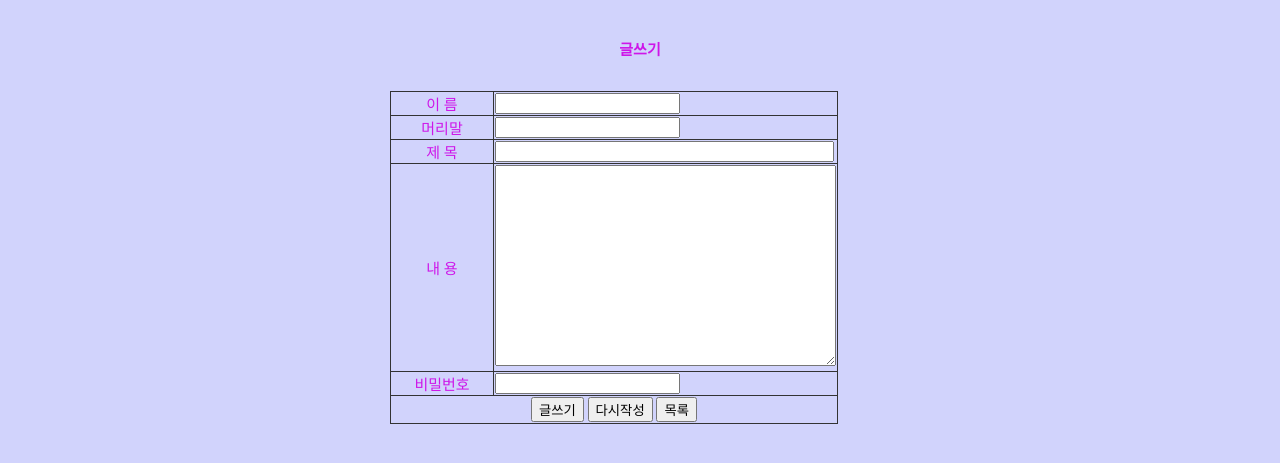
Repository: LouisKisaragi/BB-Bank
Page: http://localhost/freeboard/freeboard/writeForm.jsp
The author's editor kept a copy of each file at every save. The page is drawn from the files as they stood at one save, then again after the next save.
The browser window is 1280 px wide. The pictures show the whole page.
The page is served by Tomcat 9. Other server files are loaded and not shown.

Above is the page before, as saved 2017-11-21 04:11:12.

### 이득건/publicFree/workspace/freeboard/WebContent/freeboard/writeForm.jsp
<%@ page language="java" contentType="text/html; charset=UTF-8"
    pageEncoding="UTF-8"%>
<%@ taglib prefix="c" uri="http://java.sun.com/jsp/jstl/core" %>
<!DOCTYPE html>
<html>
<head>
<meta http-equiv="Content-Type" content="text/html; charset=UTF-8">
<title>게시판</title>
<script src="${pageContext.request.contextPath }/freeboard/script.js"></script>
<link href="${pageContext.request.contextPath }/freeboard/css/style.css" rel="stylesheet" type="text/css"/>
<link href="${pageContext.request.contextPath}/freeboard/css/writeFormstyle.css" rel="stylesheet" type="text/css"/>
</head>
<body>
<section>
<article>
<b>글쓰기</b>
<br></br>
<form method="post" name="writeForm" action="${pageContext.request.contextPath}/board/writePro.do" onsubmit="return writeSave()">
<input type="hidden" name="num" value="${num}">
<input type="hidden" name="ref" value="${ref}">
<input type="hidden" name="step" value="${step}">
<input type="hidden" name="depth" value="${depth}">
<input type="hidden" name="bn" value="${bn}">


<p>

<table class="board">
	<tr>
		<td class="attr">이 름</td>
		<td>
			<input type = "text" name="writer">
			</td>
		</tr>
		<tr>
			<td class="attr">머리말</td>
			<td>
				<input type="text" name="preface">
			</td>
		</tr>
		<tr>
			<td class="attr">제 목</td>
			<td>
			<c:if test="${num == 0}">
			<input class="input" type="text" name="subject">
			</c:if>
			<c:if test="${num != 0}">
			<input class="input" type="text" name="subject" >
			</c:if>
			</td>
		</tr>
		<tr>
			<td class="attr">내 용</td>
			<td>
				<textarea name="content" rows="13" cols="40"></textarea>
			</td>
		</tr>
		<tr>
			<td class="attr">비밀번호</td>
			<td>
				<input type="password" name="pass">
			</td>
		</tr>
		<tr>
			<td colspan="2" class="attr">
				<input type="submit" value="글쓰기">
				<input type="reset" value="다시작성">
				<input type="button" value="목록" OnClick="window.location='${pageContext.request.contextPath}/board/list.do'">
			</td>
		</tr>
</table>
</form>
</article>
</section>
</body>
</html>

### 이득건/publicFree/workspace/freeboard/WebContent/freeboard/script.js
function writeSave(){
	if(document.writeForm.writer.value == ""){
	alert("작성자를 입력하세요.");
	document.writeForm.writer.focus();
	return false;
	}
	if(document.writeForm.subject.value == ""){
	alert("제목을 입력하세요.");
	document.writeForm.subject.focus();
	return false;
	}
	if(document.writeForm.content.value == ""){
	alert("내용을 입력하세요.");
	document.writeForm.content.focus();
	return false;
	}
	if(document.writeForm.pass.value == ""){
	alert("비밀번호를 입력하세요.");
	document.writeForm.pass.focus();
	return false;
	}
}

### 이득건/publicFree/workspace/freeboard/WebContent/freeboard/css/style.css
@CHARSET "UTF-8";
body{
	background-color:#d1d3fc;
	font-size:15px;
	color: #ce16e9;
	text-align: center;
}
a:link {
	text-decoration:nonecolor:#696969;
}
a:hover {
	text-decoration:yescolor:#66ccff;
}
a:visted {
	text-decoration:noncolor:#330066;
}

### 이득건/publicFree/workspace/freeboard/WebContent/freeboard/css/writeFormstyle.css
@CHARSET "UTF-8";
section{
	padding-top: 30px;
	width:500px;
	margin: auto;
	left:0; top:0; righr:0; bottom:0;
}

.board{
	text-align:center;
	border-collapse:collapse;
}

.board td {
	border:1px solid #333;
	text-align:left;
	width:330px;
	hegith:30px;
	border:1px solid #333;
}
.board td .input{
	width:97%;
}
.board .attr{
	width: 100px;
	text-align:center;
}

After the next save:
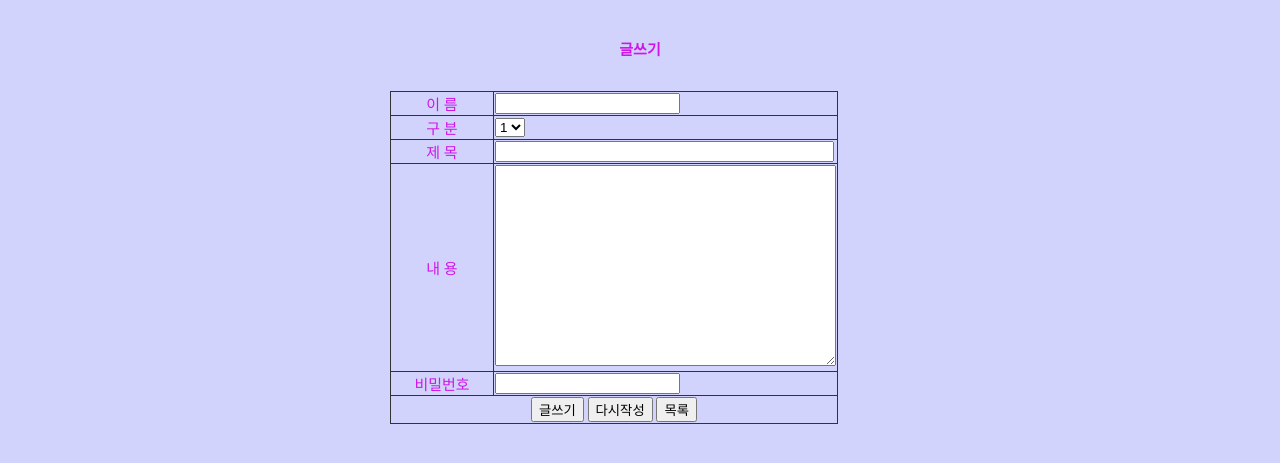
Saved 11 min 53 s later.
--- a/이득건/publicFree/workspace/freeboard/WebContent/freeboard/writeForm.jsp
+++ b/이득건/publicFree/workspace/freeboard/WebContent/freeboard/writeForm.jsp
@@ -33,9 +33,13 @@
 			</td>
 		</tr>
 		<tr>
-			<td class="attr">머리말</td>
+			<td class="attr">구 분</td>
 			<td>
-				<input type="text" name="preface">
+				<select name="category" size="1">
+				<option value="1">1
+				<option value="2">2
+				<option value="3">3
+				</select>
 			</td>
 		</tr>
 		<tr>
